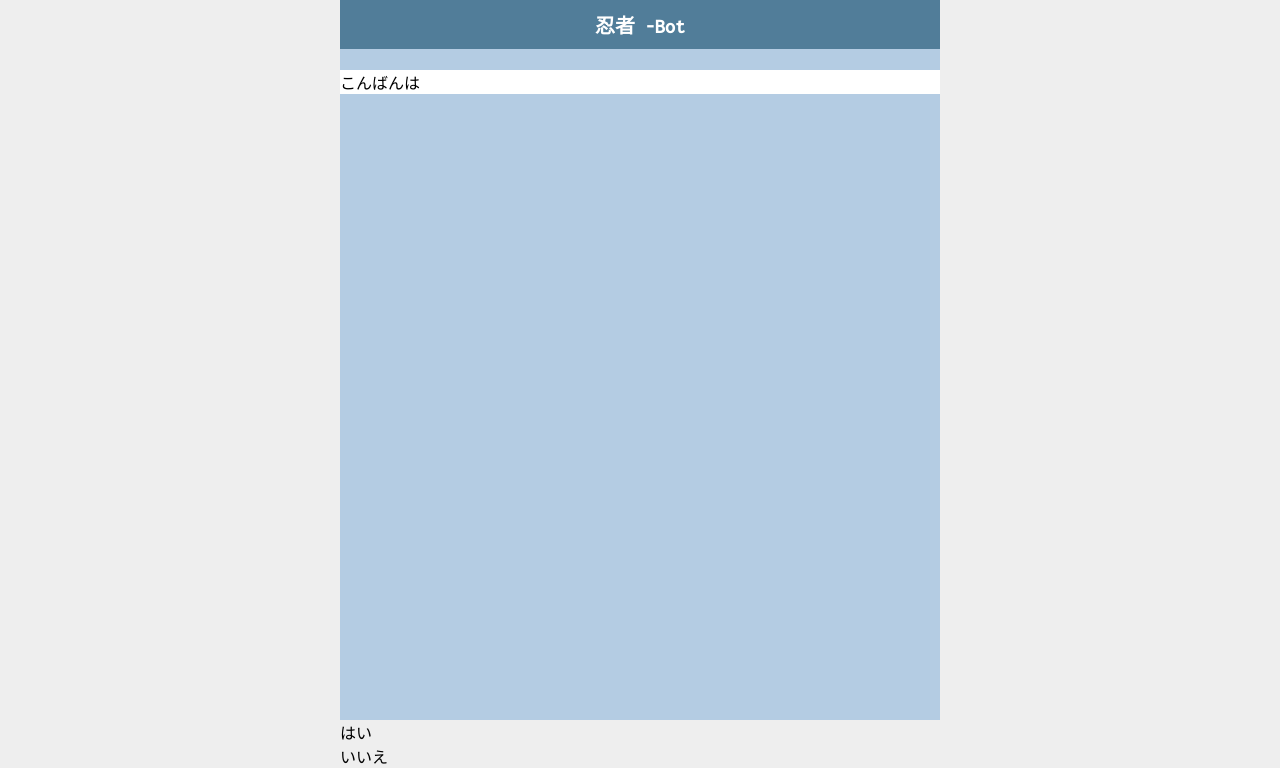
Repository: t0chan/bot
Page: index.html
The author's editor kept a copy of each file at every save. The page is drawn from the files as they stood at one save, then again after the next save.
The browser window is 1280 px wide. The pictures show the whole page.

Above is the page before, as saved 2021-11-01 18:35:41.

After the next save:
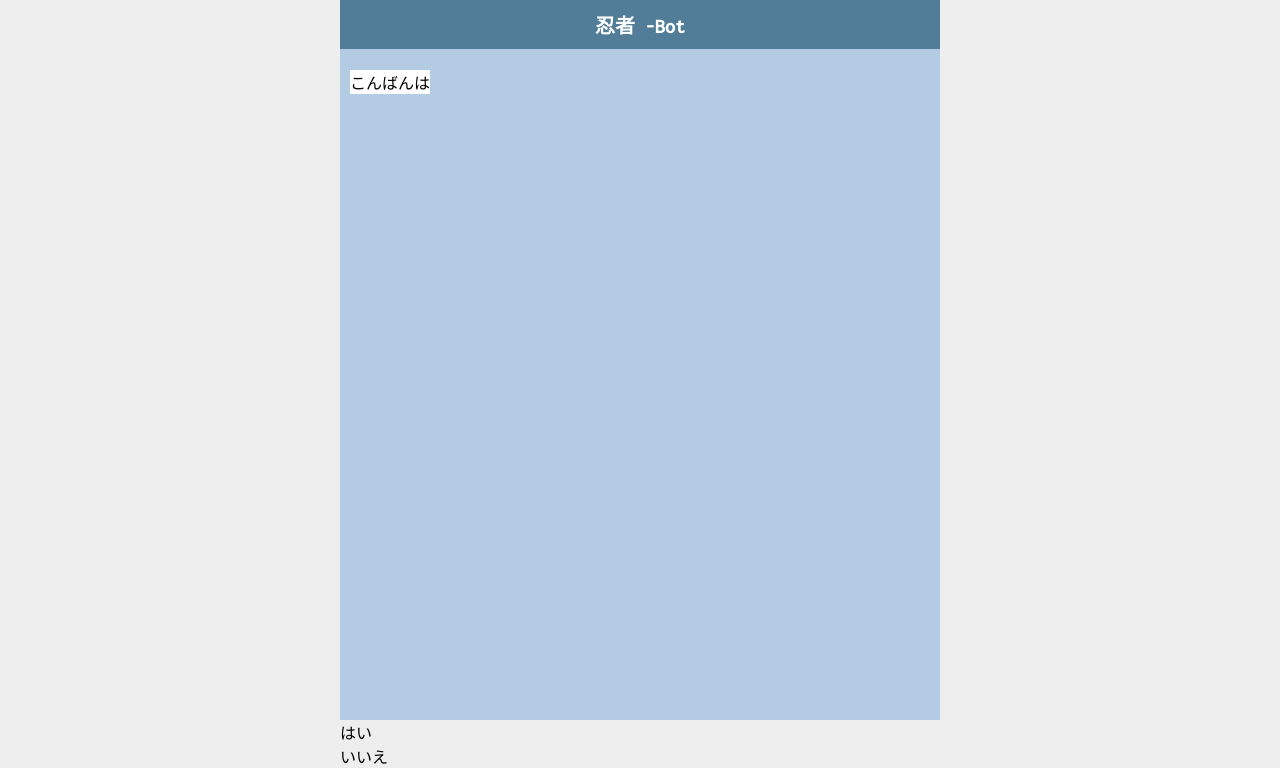
Saved 6 s later.
--- a/style.css
+++ b/style.css
@@ -58,5 +58,5 @@
 #chat-ul li {
     background-color: #fff;
     position: relative;
-    m0-auto
+    margin: 0 auto -10px 10px;
 }
